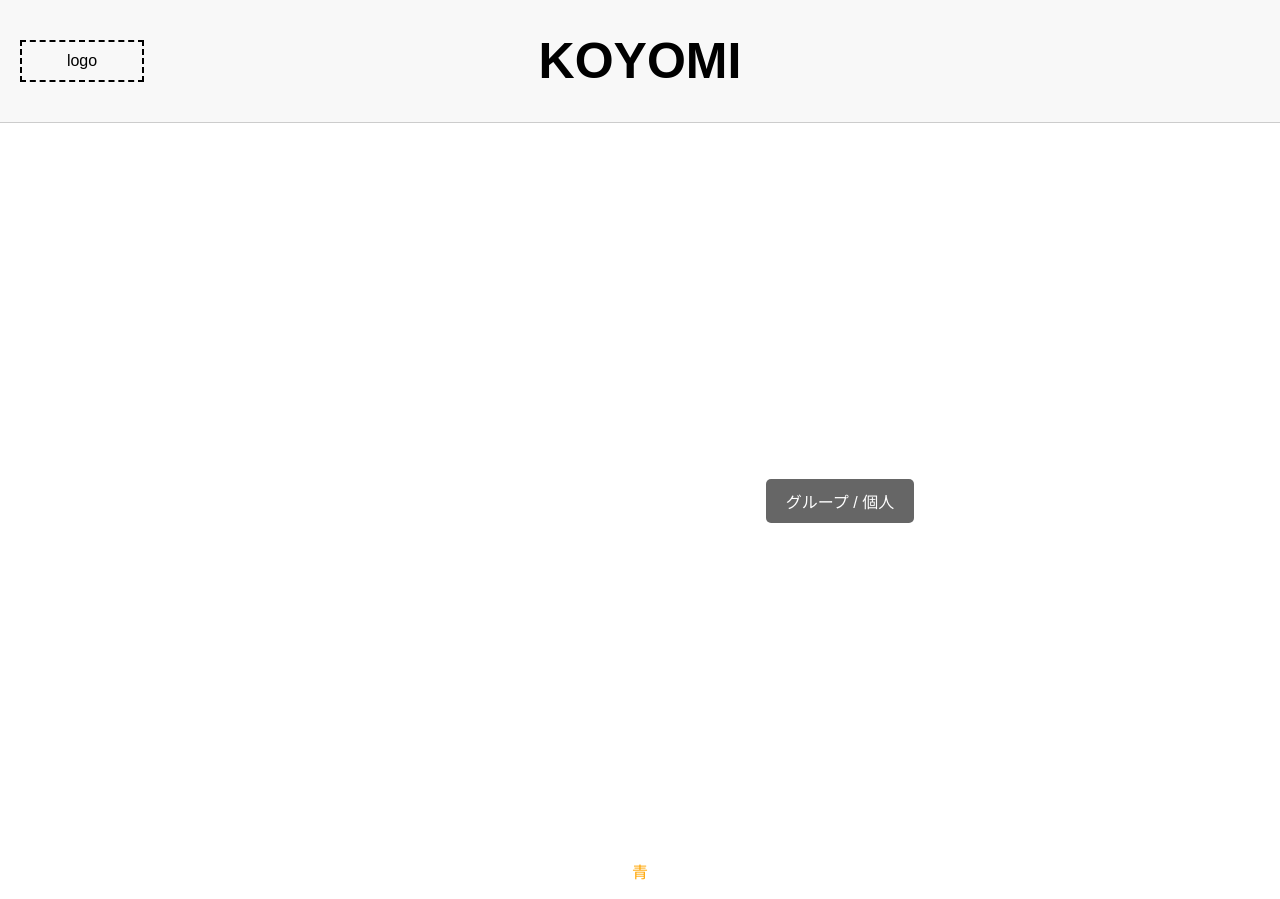
Repository: teramu0602/koyomi
Page: http://localhost/grouplist
An editor plug-in stored every save of this project. The page is shown before and after the next save, followed by the edit.
The browser window is 1280 px wide. The pictures show the whole page.
Some web fonts or font styles are not loaded; a fallback is used. The page is served by the project's Laravel application, run on PHP 8.4 with Laravel 9. Style sheets and scripts are compiled from the project's sources, by tool versions that may differ from the author's.

Above is the page before, as saved 2025-02-22 10:09:29.

After the next save:
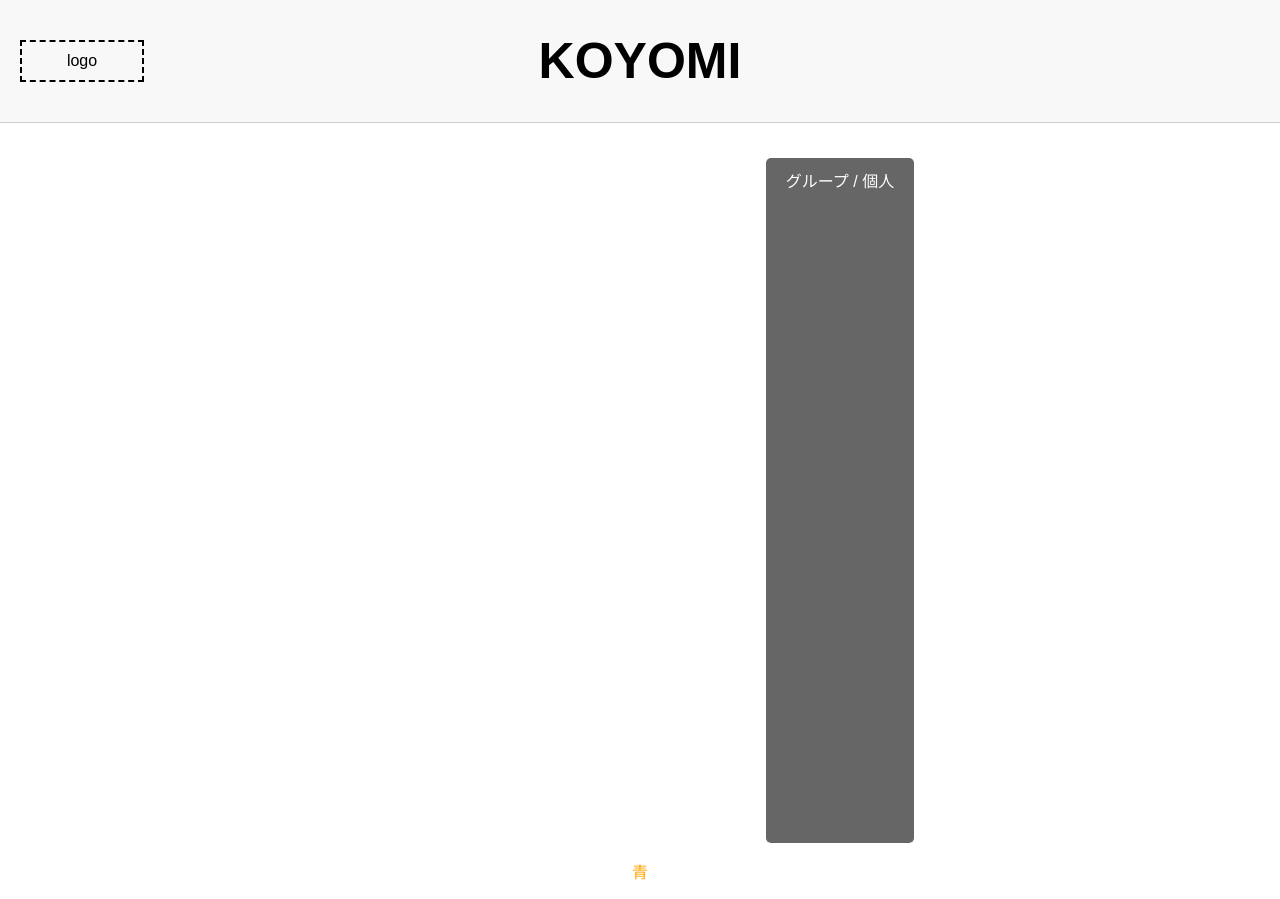
Saved 113 s later.
--- a/public/css/common.admin.css
+++ b/public/css/common.admin.css
@@ -7,7 +7,7 @@ html, body {
 .container {
     display: flex;
     justify-content: center; /* 水平中央に配置 */
-    align-items: center; /* 垂直中央に配置 */
+
     height: 100vh; /* 親要素の高さを画面全体に */
 }
 
